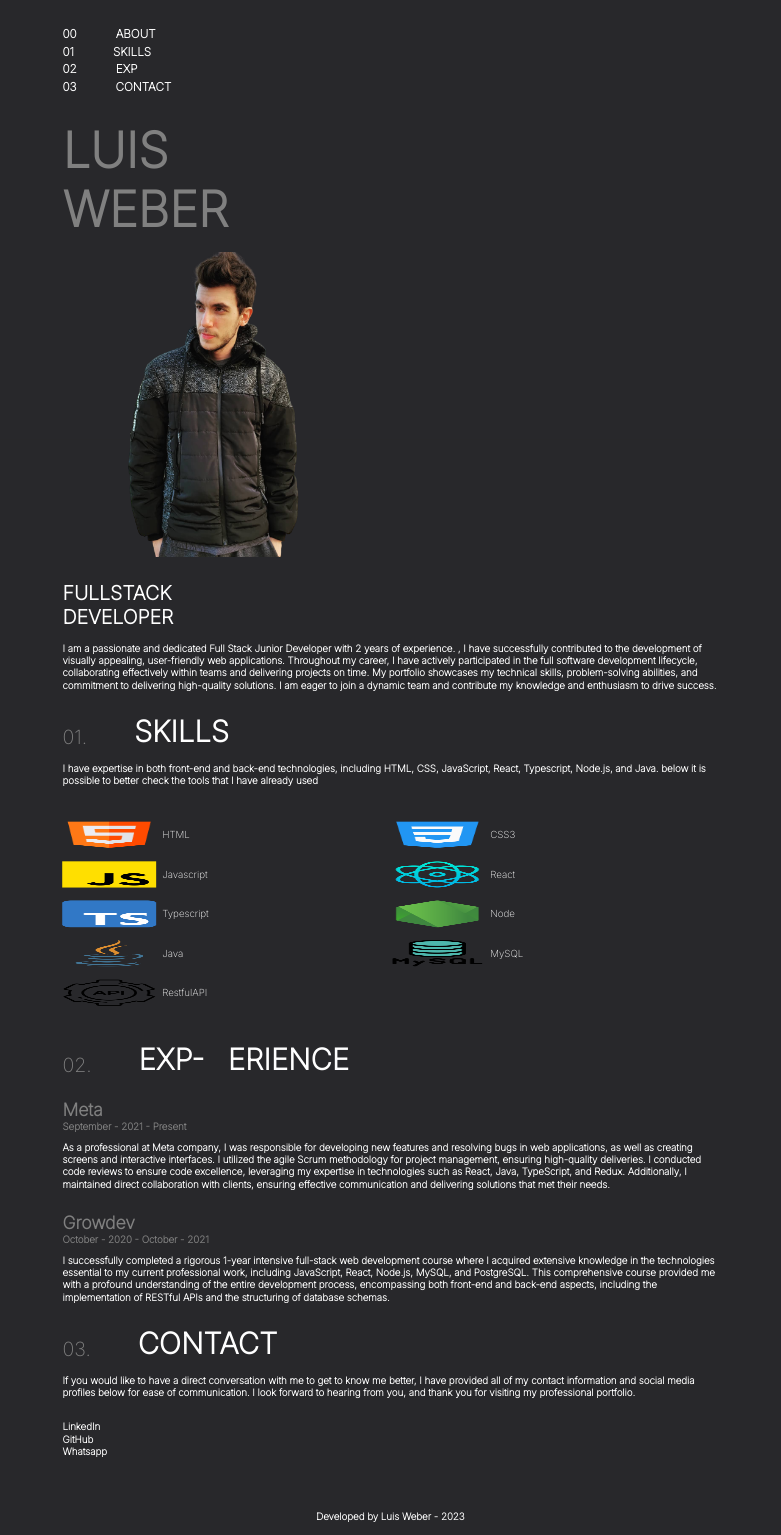
Repository: luiswh1/Portfolio
Page: /
The author's editor kept a copy of each file at every save. The page is drawn from the files as they stood at one save, then again after the next save.
The browser window is 1280 px wide. The pictures show the whole page, at 61% of full size.
The project was rebuilt for these pictures with package versions that can differ from the ones it lists, and the page was loaded fresh each time.

Above is the page before, as saved 2023-06-12 19:42:35.

### public/index.html
<!DOCTYPE html>
<html lang="en">
  <head>
    <meta charset="utf-8" />
    <link rel="icon" href="%PUBLIC_URL%/favicon.ico" />
    <meta name="viewport" content="width=device-width, initial-scale=1" />
    <meta name="theme-color" content="#000000" />
    <meta
      name="description"
      content="Web site created using create-react-app"
    />
    <link rel="apple-touch-icon" href="%PUBLIC_URL%/logo192.png" />
    <!--
      manifest.json provides metadata used when your web app is installed on a
      user's mobile device or desktop. See https://developers.google.com/web/fundamentals/web-app-manifest/
    -->
    <link rel="manifest" href="%PUBLIC_URL%/manifest.json" />
    <!--
      Notice the use of %PUBLIC_URL% in the tags above.
      It will be replaced with the URL of the `public` folder during the build.
      Only files inside the `public` folder can be referenced from the HTML.

      Unlike "/favicon.ico" or "favicon.ico", "%PUBLIC_URL%/favicon.ico" will
      work correctly both with client-side routing and a non-root public URL.
      Learn how to configure a non-root public URL by running `npm run build`.
    -->

    <link rel="preconnect" href="https://fonts.googleapis.com">
    <link rel="preconnect" href="https://fonts.gstatic.com" crossorigin>
    <link href="https://fonts.googleapis.com/css2?family=Inter:wght@200&family=Poppins:wght@200;300&display=swap" rel="stylesheet">
    <title>React App</title>
  </head>
  <body>
    <noscript>You need to enable JavaScript to run this app.</noscript>
    <div id="root"></div>
    <!--
      This HTML file is a template.
      If you open it directly in the browser, you will see an empty page.

      You can add webfonts, meta tags, or analytics to this file.
      The build step will place the bundled scripts into the <body> tag.

      To begin the development, run `npm start` or `yarn start`.
      To create a production bundle, use `npm run build` or `yarn build`.
    -->
  </body>
</html>

### src/index.tsx
import React from 'react';
import ReactDOM from 'react-dom/client';
import App from './App';
import GlobalStyle from './styles/globalStyles';

const root = ReactDOM.createRoot(
  document.getElementById('root') as HTMLElement
);
root.render(
  <React.StrictMode>
    <GlobalStyle />
    <App />
  </React.StrictMode>
);

### src/App.tsx
import React from 'react';
import Home from './Pages/Home';

function App() {
  return (
   <Home />
  );
}

export default App;

### src/styles/globalStyles.tsx
import { createGlobalStyle } from 'styled-components'


const GlobalStyle = createGlobalStyle`
* {
    margin: 0;
    font-family: Inter;
  }

html {
  scroll-behavior: smooth;
}

  html, body {
    height: 100%;
    background-color: #28282B;
    color: white;
  }

`

export default GlobalStyle

### src/Pages/Home.tsx
import {
  Container,
  NameSection,
  StyledName,
  InnerContainer,
  Profession,
  About,
  LabelTitle,
  NumberIndex,
  IndexTitle,
  ListSkills,
  SkillItem,
  StyledSpanExp,
  Experience,
  Company,
  Date,
  Description,
  SectionContacts,
  ContactItem,
  FooterSection,
} from "./HomeStyles";
import IndexList from "../Components/IndexList/IndexList";
import { Fade } from "react-awesome-reveal";

const Home = () => {
  return (
    <Container>
      <InnerContainer>
        <Fade direction="down" triggerOnce>
          <IndexList />
          <NameSection>
            <StyledName>
              LUIS <br />
              WEBER
            </StyledName>
          </NameSection>

          {/* TO DO - COMPONENTIZAR UMA STYLED DIV PARA IMAGEM (A DECIDIR LAYOUT AINDA) */}
          <img
              src='/assets/images/avatar.png'
            style={{
              margin: "auto",
              marginTop: "3vh",
            }}
          />

          <Profession>
            FULLSTACK <br />
            DEVELOPER
          </Profession>

          <About>
            I am a passionate and dedicated Full Stack Junior Developer with 2
            years of experience. , I have successfully contributed to the
            development of visually appealing, user-friendly web applications.
            Throughout my career, I have actively participated in the full
            software development lifecycle, collaborating effectively within
            teams and delivering projects on time. My portfolio showcases my
            technical skills, problem-solving abilities, and commitment to
            delivering high-quality solutions. I am eager to join a dynamic team
            and contribute my knowledge and enthusiasm to drive success.
          </About>

          <LabelTitle>
            <NumberIndex>01.</NumberIndex>
            <IndexTitle>SKILLS</IndexTitle>
          </LabelTitle>

          <About>
            I have expertise in both front-end and back-end technologies,
            including HTML, CSS, JavaScript, React, Typescript, Node.js, and
            Java. below it is possible to better check the tools that I have
            already used
          </About>

          <ListSkills>
            <SkillItem>
              <img
                src="/assets/images/html.png"
                alt=""
                style={{ width: "12vw", height: "6vh" }}
              />
              HTML
            </SkillItem>
            <SkillItem>
              <img
                src="/assets/images/css-3.png"
                alt=""
                style={{ width: "12vw", height: "6vh" }}
              />
              CSS3
            </SkillItem>
            <SkillItem>
              <img
                src="/assets/images/js.png"
                alt=""
                style={{ width: "12vw", height: "6vh" }}
              />
              Javascript
            </SkillItem>
            <SkillItem>
              <img
                src="/assets/images/physics.png"
                alt=""
                style={{ width: "12vw", height: "6vh" }}
              />{" "}
              React
            </SkillItem>
            <SkillItem>
              <img
                src="/assets/images/typescript.png"
                alt=""
                style={{ width: "12vw", height: "6vh" }}
              />
              Typescript
            </SkillItem>
            <SkillItem>
              <img
                src="/assets/images/node-js.png"
                alt=""
                style={{ width: "12vw", height: "6vh" }}
              />
              Node
            </SkillItem>
            <SkillItem>
              <img
                src="/assets/images/java.png"
                alt=""
                style={{ width: "12vw", height: "6vh" }}
              />
              Java
            </SkillItem>
            <SkillItem>
              <img
                src="/assets/images/mysql.png"
                alt=""
                style={{ width: "12vw", height: "6vh" }}
              />
              MySQL
            </SkillItem>{" "}
            <SkillItem>
              <img
                src="/assets/images/api.png"
                alt=""
                style={{ width: "12vw", height: "6vh" }}
              />
              RestfulAPI
            </SkillItem>
          </ListSkills>

          <LabelTitle id="parent">
            {/* TODO Ajustar o EXP em diferente resoluções de celular, pois está ficando desalinhado com o ERIENCE */}
            <div>
              <NumberIndex>02.</NumberIndex>
            </div>
            <div id="divhaha">
              <StyledSpanExp>EXP-</StyledSpanExp>
              <IndexTitle>ERIENCE</IndexTitle>
            </div>
          </LabelTitle>

          <Experience>
            <Company>Meta</Company>
            <Date>September - 2021 - Present</Date>
            <Description>
              As a professional at Meta company, I was responsible for
              developing new features and resolving bugs in web applications, as
              well as creating screens and interactive interfaces. I utilized
              the agile Scrum methodology for project management, ensuring
              high-quality deliveries. I conducted code reviews to ensure code
              excellence, leveraging my expertise in technologies such as React,
              Java, TypeScript, and Redux. Additionally, I maintained direct
              collaboration with clients, ensuring effective communication and
              delivering solutions that met their needs.
            </Description>
          </Experience>

          <Experience>
            <Company>Growdev</Company>
            <Date>October - 2020 - October - 2021</Date>
            <Description>
              I successfully completed a rigorous 1-year intensive full-stack
              web development course where I acquired extensive knowledge in the
              technologies essential to my current professional work, including
              JavaScript, React, Node.js, MySQL, and PostgreSQL. This
              comprehensive course provided me with a profound understanding of
              the entire development process, encompassing both front-end and
              back-end aspects, including the implementation of RESTful APIs and
              the structuring of database schemas.
            </Description>
          </Experience>

          <LabelTitle>
            <NumberIndex>03.</NumberIndex>
            <IndexTitle>CONTACT</IndexTitle>
          </LabelTitle>

          <About>
            If you would like to have a direct conversation with me to get to
            know me better, I have provided all of my contact information and
            social media profiles below for ease of communication. I look
            forward to hearing from you, and thank you for visiting my
            professional portfolio.
          </About>

          <SectionContacts>
            <ContactItem>LinkedIn</ContactItem>
            <ContactItem>GitHub</ContactItem>
            <ContactItem>Whatsapp</ContactItem>
          </SectionContacts>

          <FooterSection>
            <h4 style={{ marginBottom: "3vh" }}>
              Developed by Luis Weber - 2023
            </h4>
          </FooterSection>
        </Fade>
      </InnerContainer>
    </Container>
  );
};

export default Home;

### src/Pages/HomeStyles.tsx
import { styled } from "styled-components";

export const Container = styled.div`
  width: 100%;
  height: 100%;
  overflow: hidden;
`;

export const InnerContainer = styled.div`
  margin-left: 8vw;
  margin-right: 8vw;
`;

export const NameSection = styled.div`
  width: 100%;
  height: 100%;
  margin-top: 6vh;
`;

export const StyledName = styled.h1`
  font-size: 5em;
  color: gray;
`;

export const Profession = styled.h1`
margin-top: 5vh;
`

export const About = styled.p`
margin-top: 3vh;
color: white;
font-weight: bold;
`
export const LabelTitle = styled.div`
margin-top: 5vh;
display: flex;
align-items: flex-end;
`

export const NumberIndex = styled.span`
  font-size: 2em;
  color: gray;
  margin-right: 3vw;
`;

export const IndexTitle = styled.span`
  font-size: 3em;
  color: white;
  margin-left: 3vw;
  font-weight: bold;
`;


export const ListSkills = styled.div`
margin-top: 8vh;
display: flex;
  flex-wrap: wrap;
`;

export const SkillItem = styled.div`
flex-basis: 50%;
margin-bottom: 3vh;
color: white;
display: flex;
align-items: center;
gap: 10px;
`;

export const StyledSpanExp = styled.span`
font-size: 3em;
color: white;
font-weight: bold;
margin-left: 3vw;
`

export const Experience = styled.section`
margin-top: 5vh;
color: gray;
`

export const Company = styled.h5`
font-size: 1.8em;
`

export const Date = styled.h6`
font-size: 1em;
`

export const Description = styled.p`
color: white;
font-weight: bold;
margin-top: 2vh;
`

export const SectionContacts = styled.p`
margin-top: 5vh;
display: flex;
flex-wrap: wrap;
`

export const ContactItem = styled.span`
flex-basis: 100%;
color: white;
font-weight: bold;
`

export const FooterSection = styled.section`
margin-top: 12vh;
color: white;
font-weight: bold;
display: flex;
justify-content: center;
`

### src/Components/IndexList/IndexList.tsx
import React from "react";
import { Sections, SectionItem } from "./IndexListStyles";

const IndexList = () => {
  return (
    <>
      <Sections>
        <SectionItem>
          <span>00</span>
          <span>ABOUT</span>
        </SectionItem>
        <SectionItem>
          <span>01</span>
          <span>SKILLS</span>
        </SectionItem>
        <SectionItem>
          <span>02</span>
          <span>EXP</span>
        </SectionItem>
        <SectionItem>
          <span>03</span>
          <span>CONTACT</span>
        </SectionItem>
      </Sections>
    </>
  );
};

export default IndexList;

### src/Components/IndexList/IndexListStyles.tsx
import { styled } from "styled-components";

export const Sections = styled.div`
margin-top: 6vh;
`

export const SectionItem = styled.span`
color: white;
font-size: 1.2rem;
font-weight: bold;
display: block;
span:first-child {
    margin-right: 5vw;
  }
  margin-top: 5px;
`

After the next save:
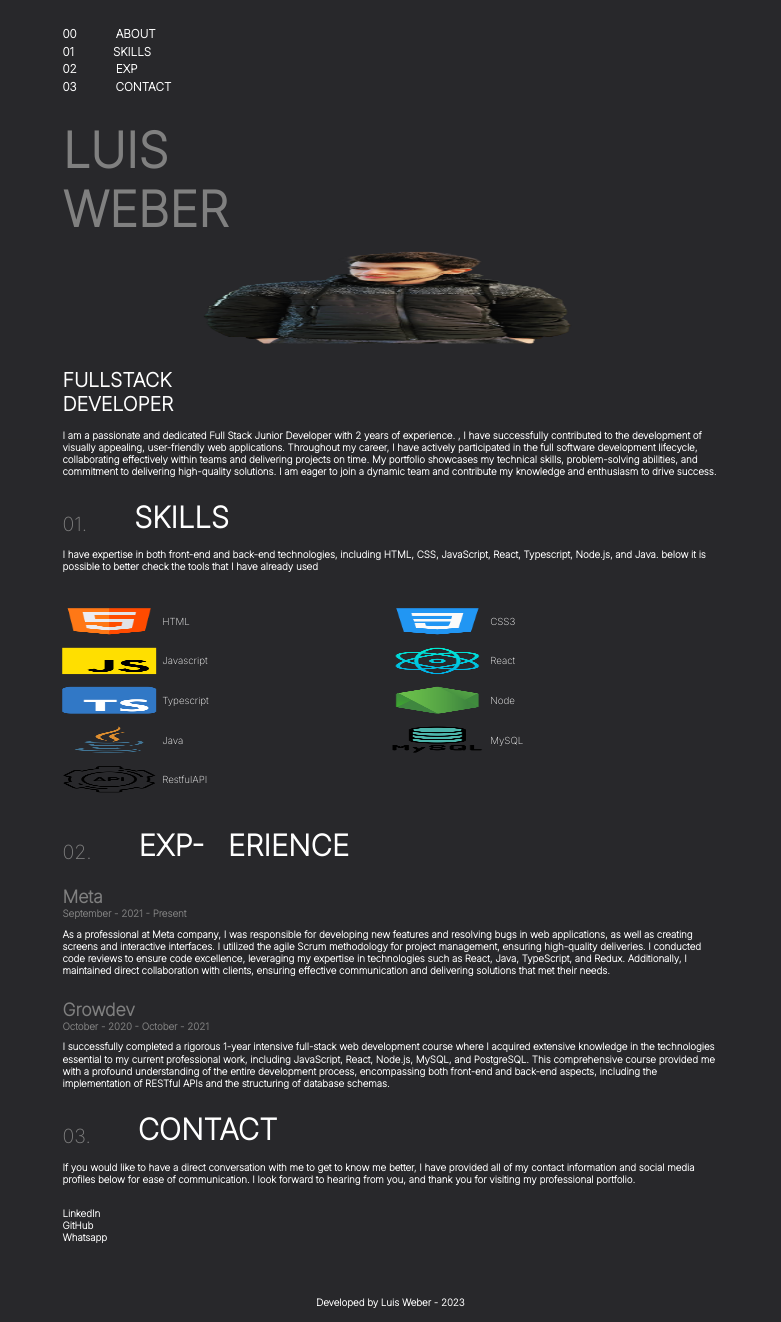
Saved 21 s later.
--- a/src/Pages/Home.tsx
+++ b/src/Pages/Home.tsx
@@ -39,11 +39,13 @@ const Home = () => {
           <img
               src='/assets/images/avatar.png'
             style={{
+              width: "100%",
+              height: "150px",
               margin: "auto",
               marginTop: "3vh",
             }}
-          />
-
+          >
+          </img>
           <Profession>
             FULLSTACK <br />
             DEVELOPER
